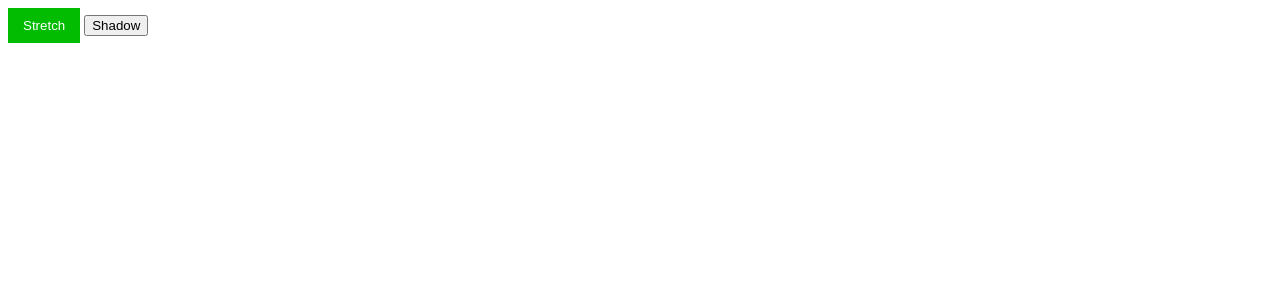
Repository: Kurumilli/Youtube
Page: 4i.html
The author's editor kept a copy of each file at every save. The page is drawn from the files as they stood at one save, then again after the next save.
The browser window is 1280 px wide. The pictures show the whole page.

Above is the page before, as saved 2025-01-29 19:59:02.

After the next save:
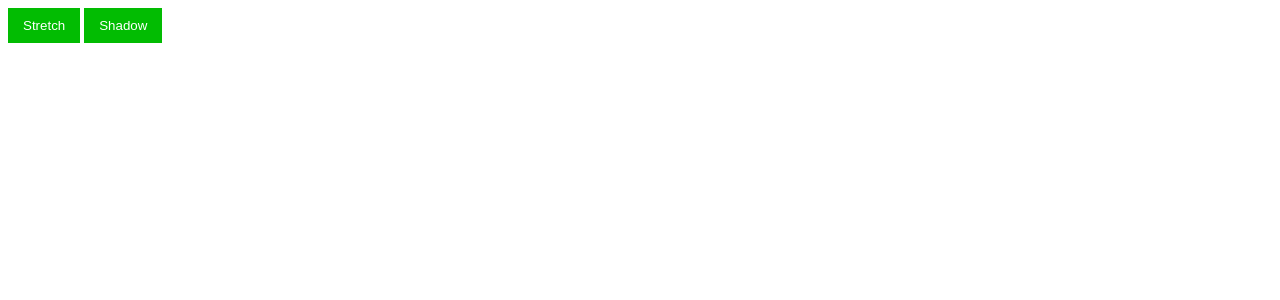
Saved 34 s later.
--- a/4i.html
+++ b/4i.html
@@ -21,6 +21,17 @@ padding-right 1s;
     padding-left: 36px;
     padding-right: 36px;
 }
+
+.shadow{
+    padding-top: 10px;
+padding-bottom: 10px;
+padding-left: 15px;
+padding-right: 15px;
+border-radius: 0;
+border: none;
+color: white;
+background-color: rgb(2, 188, 2);
+}
 </style>
 
 
